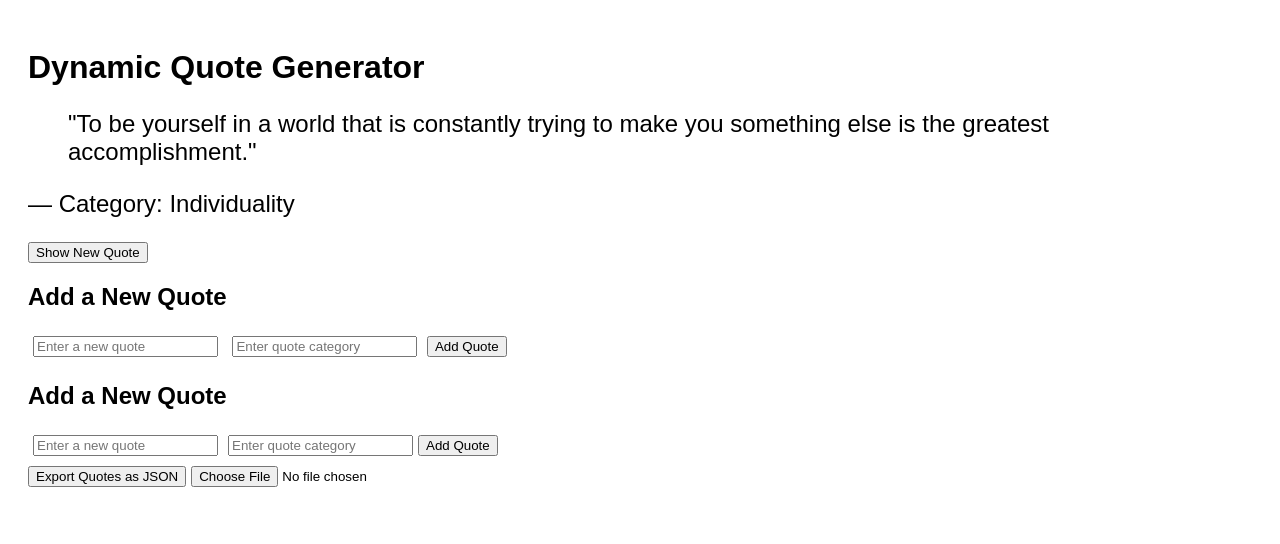
Repository: Patience225/alx_fe_javascript
Page: dom-manipulation/index.html
These files come from the project's save history. The page is drawn as it stood at one moment and after the next save; the edit follows.
The browser window is 1280 px wide. The pictures show the whole page.

Above is the page before, as saved 2025-02-02 06:54:10.

After the next save:
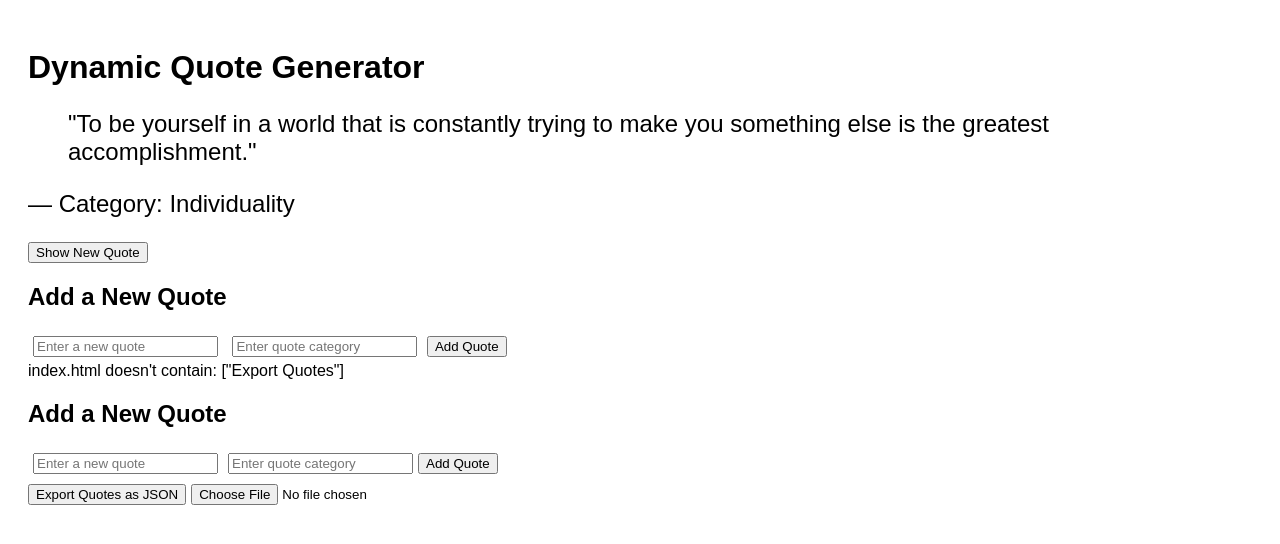
Saved 18 s later.
--- a/dom-manipulation/index.html
+++ b/dom-manipulation/index.html
@@ -27,3 +27,4 @@
   <script src="script.js"></script>
 </body>
 </html>
+index.html doesn't contain: ["Export Quotes"]
